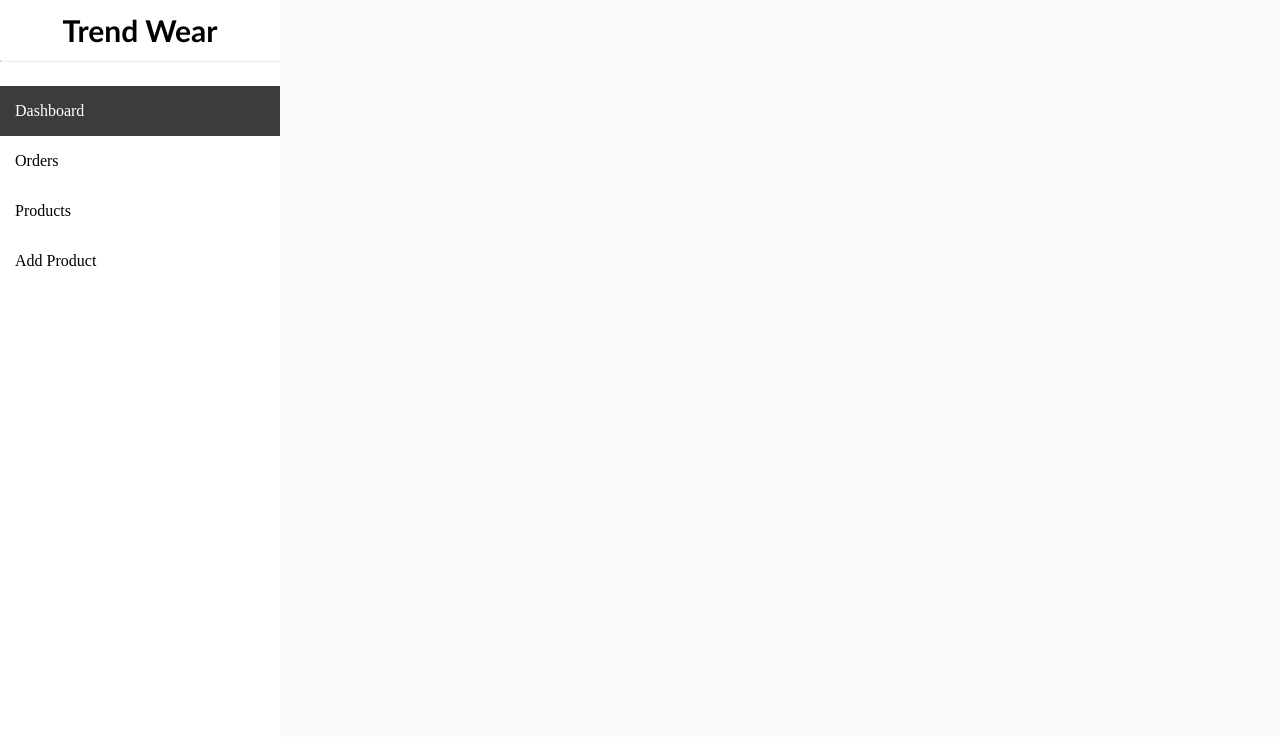
Repository: ahmad-dev7/TrendWear
Page: / (app in trend_wear_dashboard/)
An editor plug-in stored every save of this project. The page is shown before and after the next save, followed by the edit.
The browser window is 1280 px wide. The pictures show the whole page.
The project was rebuilt for these pictures with package versions that can differ from the ones it lists, and the page was loaded fresh each time. Also part of the build but not shown: trend_wear_dashboard/vite.config.ts.

Above is the page before, as saved 2025-01-19 16:01:18.

After the next save:
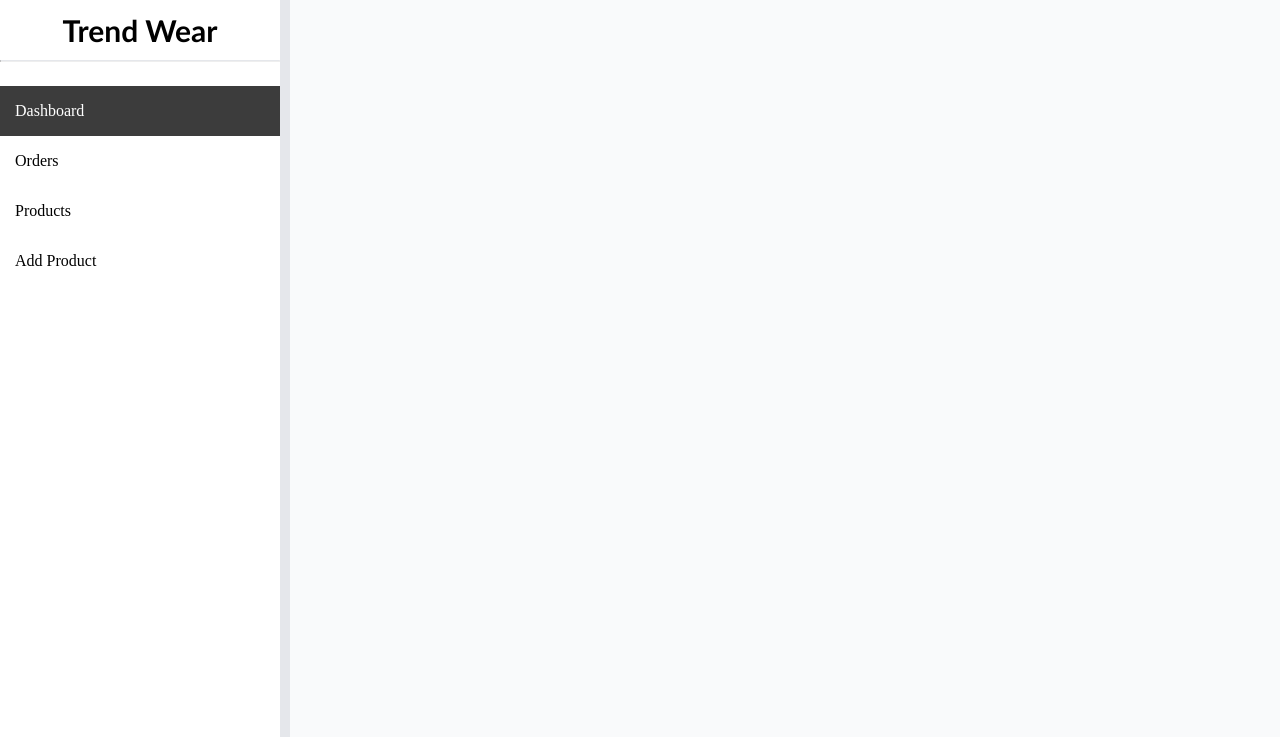
Saved 35 s later.
--- a/trend_wear_dashboard/src/Sidebar/sidebar.css
+++ b/trend_wear_dashboard/src/Sidebar/sidebar.css
@@ -4,7 +4,7 @@
     width: 280px;
     height: 99vh;
     padding: 12px 0px 12px 0px;
-    border-right: 10px solid #F9FAFB;
+    border-right: 10px solid #e5e7eb;
 }
 
 /* Header with title [Trend Wear] */
@@ -18,7 +18,7 @@
 
 /* Divider between header and navbar */
 #sidebar hr {
-    border-top: 1px solid #F9FAFB;
+    border-top: 1px solid #e5e7eb;
 }
 
 #sidebar-content {
